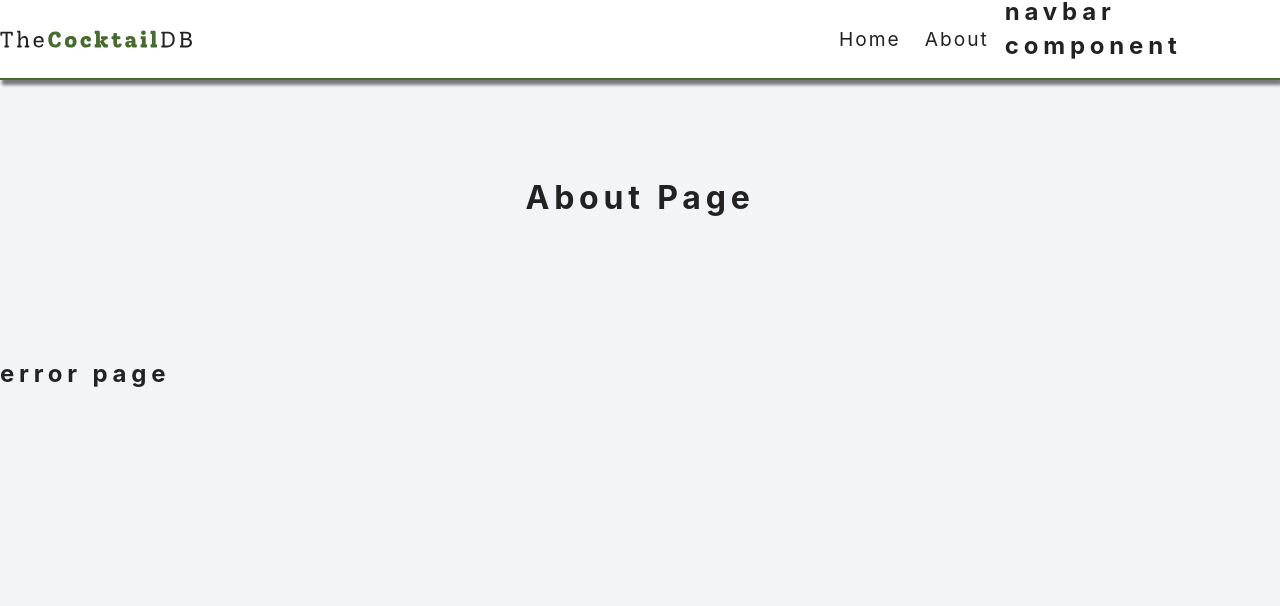
Repository: davidaloba/cocktails
Page: /about
An editor plug-in stored every save of this project. The page is shown before and after the next save, followed by the edit.
The browser window is 1280 px wide. The pictures show the whole page.
The project was rebuilt for these pictures with package versions that can differ from the ones it lists, and the page was loaded fresh each time. Also part of the build but not shown: src/components/SearchForm.js, src/pages/Home.js, src/components/Loading.js, src/pages/SingleCocktail.js. Imported but missing from the stored project, and not drawn on this page: src/components/CocktailList.

Above is the page before, as saved 2022-01-13 21:55:40.

After the next save:
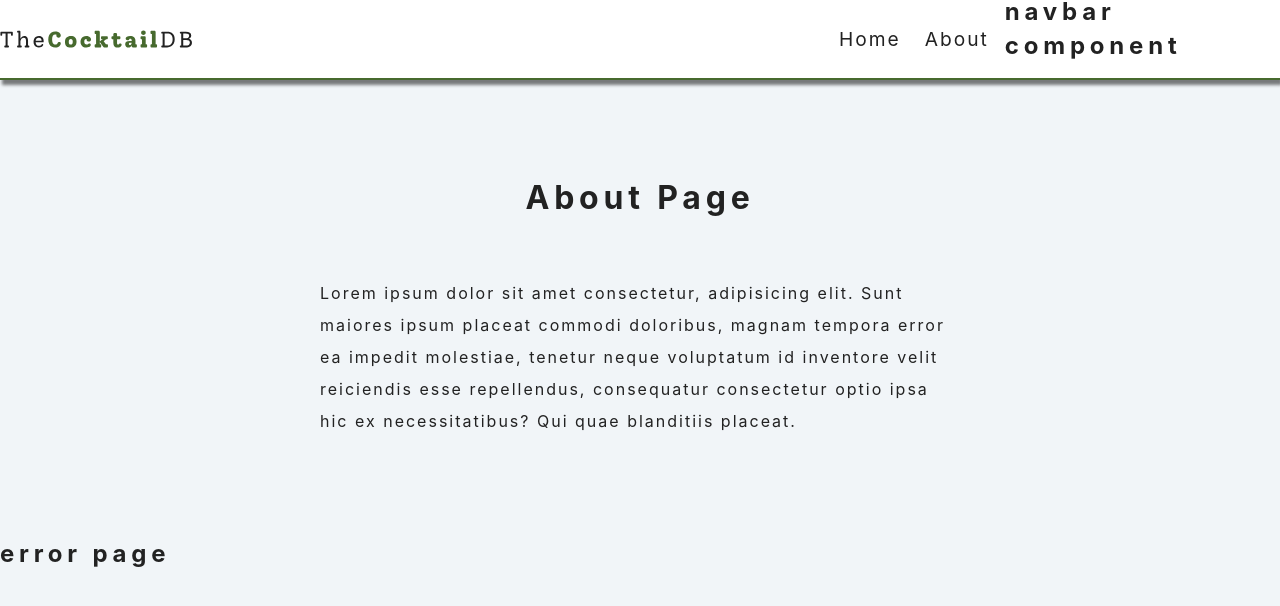
Saved 21 s later.
--- a/src/pages/About.js
+++ b/src/pages/About.js
@@ -4,7 +4,13 @@ const About = () => {
   return (
     <section className="section about-section">
       <h1 className="section-title">about page</h1>
-      <p></p>
+      <p>
+        Lorem ipsum dolor sit amet consectetur, adipisicing elit. Sunt maiores
+        ipsum placeat commodi doloribus, magnam tempora error ea impedit
+        molestiae, tenetur neque voluptatum id inventore velit reiciendis esse
+        repellendus, consequatur consectetur optio ipsa hic ex necessitatibus?
+        Qui quae blanditiis placeat.
+      </p>
     </section>
   );
 };
